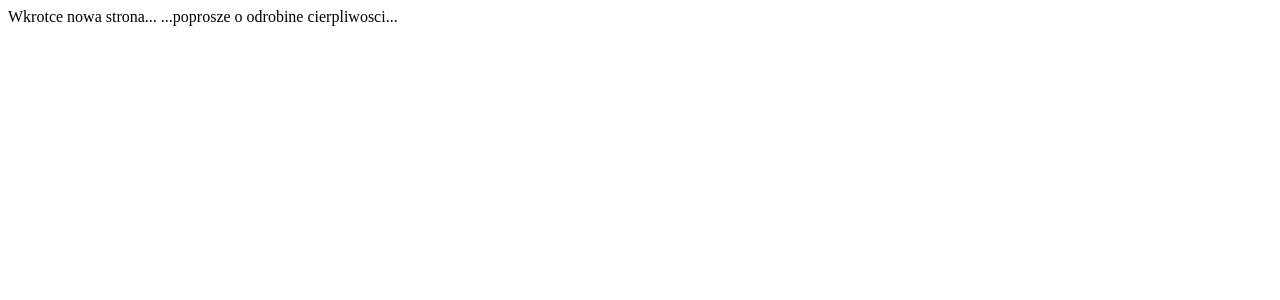
Repository: insolt/Verti.github.io
Page: index.html
The author's editor kept a copy of each file at every save. The page is drawn from the files as they stood at one save, then again after the next save.
The browser window is 1280 px wide. The pictures show the whole page.

Above is the page before, as saved 2020-09-08 10:25:04.

### index.html
<!DOCTYPE html>
<html lang="en">

<head>
    <meta charset="UTF-8">
    <meta name="viewport" content="width=device-width, initial-scale=1.0">
    <title>Project Verti</title>
</head>

<body>
    Wkrotce nowa strona... ...poprosze o odrobine cierpliwosci...

</body>

</html>

After the next save:
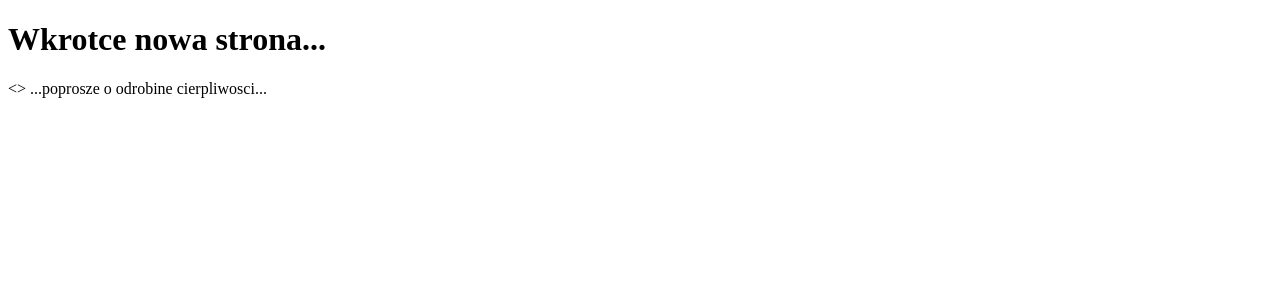
Saved 29 s later.
--- a/index.html
+++ b/index.html
@@ -8,7 +8,8 @@
 </head>
 
 <body>
-    Wkrotce nowa strona... ...poprosze o odrobine cierpliwosci...
+    <h1>Wkrotce nowa strona...</h1>
+    <> ...poprosze o odrobine cierpliwosci...</h2>
 
 </body>
 
